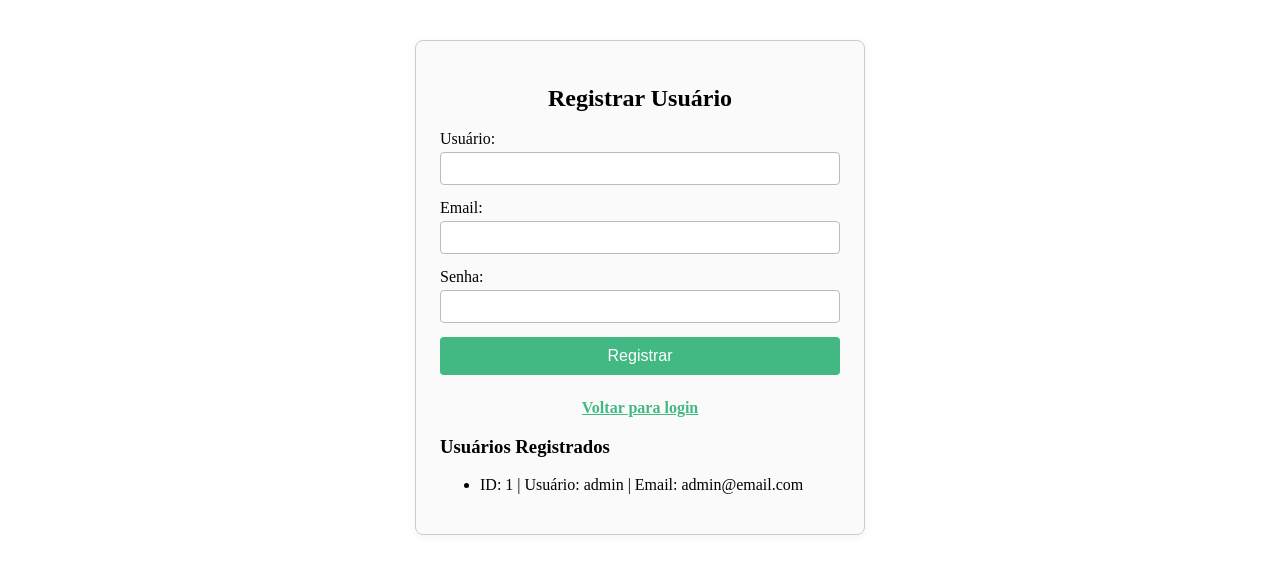
Repository: MuriloColleti/Project-vue
Page: /register
These files come from the project's save history. The page is drawn as it stood at one moment and after a run of saves; the edit follows.
The browser window is 1280 px wide. The pictures show the whole page.
The project was rebuilt for these pictures with package versions that can differ from the ones it lists, and the page was loaded fresh each time. Also part of the build but not shown: vite.config.js, src/pages/Login.vue.

Above is the page before, as saved 2025-09-20 14:05:08.

### index.html
<!DOCTYPE html>
<html lang="">
  <head>
    <meta charset="UTF-8">
    <link rel="icon" href="/favicon.ico">
    <meta name="viewport" content="width=device-width, initial-scale=1.0">
    <title>Vite App</title>
  </head>
  <body>
    <div id="app">z</div>
    <script type="module" src="/src/main.js"></script>
  </body>
</html>

### src/App.vue
<template>
  <router-view />
</template>

<script setup>
// Layout principal apenas exibe o conteúdo das rotas
</script>

<style scoped>
body {
  background: #f5f5f5;
}
</style>

### src/router/index.js
import { createRouter, createWebHistory } from 'vue-router'

import Login from '../pages/Login.vue'
import Register from '../pages/Register.vue'

const router = createRouter({
  history: createWebHistory(import.meta.env.BASE_URL),
  routes: [
    {
      path: '/login',
      name: 'LoginPage',
      component: Login,
    },
    {
      path: '/register',
      name: 'RegisterPage',
      component: Register,
    },
    {
      path: '/',
      redirect: '/login',
    },
  ],
})

export default router

### src/pages/Register.vue
<template>
  <div class="register-container">
    <h2>Registrar Usuário</h2>
    <form @submit.prevent="handleRegister">
      <div>
        <label for="newUsername">Usuário:</label>
        <input type="text" id="newUsername" v-model="newUsername" required />
      </div>
      <div>
        <label for="newEmail">Email:</label>
        <input type="email" id="newEmail" v-model="newEmail" required />
      </div>
      <div>
        <label for="newPassword">Senha:</label>
        <input type="password" id="newPassword" v-model="newPassword" required />
      </div>
      <button type="submit">Registrar</button>
    </form>
    <p v-if="registerError" class="error">{{ registerError }}</p>
    <p v-if="registerSuccess" class="success">{{ registerSuccess }}</p>
    <router-link to="/login" class="login-link">Voltar para login</router-link>
    <h3>Usuários Registrados</h3>
    <ul>
      <li v-for="user in users" :key="user.id">
        ID: {{ user.id }} | Usuário: {{ user.username }} | Email: {{ user.email }}
      </li>
    </ul>
  </div>
</template>

<script setup>
import { ref, onMounted } from 'vue'
import { useRouter } from 'vue-router'

const users = ref([])
let nextId = ref(1)

const newUsername = ref('')
const newEmail = ref('')
const newPassword = ref('')
const registerError = ref('')
const registerSuccess = ref('')
const router = useRouter()

function loadUsers() {
  const saved = localStorage.getItem('users')
  if (saved) {
    users.value = JSON.parse(saved)
    nextId.value = users.value.length > 0 ? Math.max(...users.value.map((u) => u.id)) + 1 : 1
  } else {
    users.value = [{ id: 1, username: 'admin', email: 'admin@email.com', password: '1234' }]
    nextId.value = 2
    localStorage.setItem('users', JSON.stringify(users.value))
  }
}

onMounted(loadUsers)

function handleRegister() {
  if (!newUsername.value || !newEmail.value || !newPassword.value) {
    registerError.value = 'Preencha todos os campos.'
    registerSuccess.value = ''
    return
  }
  if (users.value.some((u) => u.username === newUsername.value)) {
    registerError.value = 'Usuário já existe.'
    registerSuccess.value = ''
    return
  }
  users.value.push({
    id: nextId.value++,
    username: newUsername.value,
    email: newEmail.value,
    password: newPassword.value,
  })
  localStorage.setItem('users', JSON.stringify(users.value))
  registerSuccess.value = `Bem-vindo, ${newUsername.value}! Usuário registrado com sucesso.`
  registerError.value = ''
  setTimeout(() => {
    router.push('/login')
  }, 1500)
  newUsername.value = ''
  newEmail.value = ''
  newPassword.value = ''
}
</script>

<style scoped>
.register-container {
  max-width: 400px;
  margin: 40px auto;
  padding: 24px;
  border: 1px solid #ccc;
  border-radius: 8px;
  background: #fafafa;
  box-shadow: 0 2px 8px rgba(0, 0, 0, 0.05);
}
.register-container h2 {
  text-align: center;
  margin-bottom: 18px;
}
.register-container form > div {
  margin-bottom: 14px;
}
.register-container label {
  display: block;
  margin-bottom: 4px;
  font-weight: 500;
}
.register-container input {
  width: 100%;
  padding: 8px;
  border: 1px solid #bbb;
  border-radius: 4px;
  box-sizing: border-box;
}
.register-container button {
  width: 100%;
  padding: 10px;
  background: #42b983;
  color: #fff;
  border: none;
  border-radius: 4px;
  font-size: 16px;
  cursor: pointer;
  transition: background 0.2s;
}
.register-container button:hover {
  background: #369870;
}
.error {
  color: red;
  margin-top: 10px;
  text-align: center;
}
.success {
  color: green;
  margin-top: 10px;
  text-align: center;
}
.login-link {
  display: block;
  margin: 24px auto 0 auto;
  text-align: center;
  color: #42b983;
  font-weight: bold;
  text-decoration: underline;
  cursor: pointer;
}
</style>

Loaded but not shown: src/main.js (common file)

After the next 3 saves:
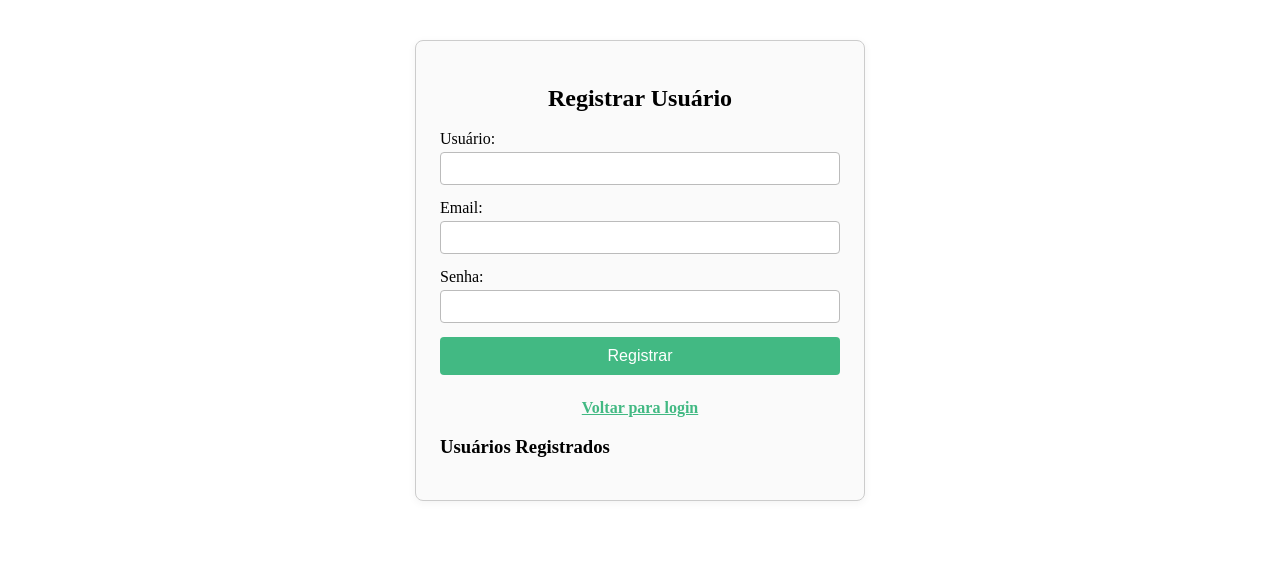
The 3 saves are shown as one change because 1 did not build or start and some came seconds apart.
The last was saved 3 h 0 min later.
--- a/src/pages/Register.vue
+++ b/src/pages/Register.vue
@@ -21,9 +21,7 @@
     <router-link to="/login" class="login-link">Voltar para login</router-link>
     <h3>Usuários Registrados</h3>
     <ul>
-      <li v-for="user in users" :key="user.id">
-        ID: {{ user.id }} | Usuário: {{ user.username }} | Email: {{ user.email }}
-      </li>
+
     </ul>
   </div>
 </template>
